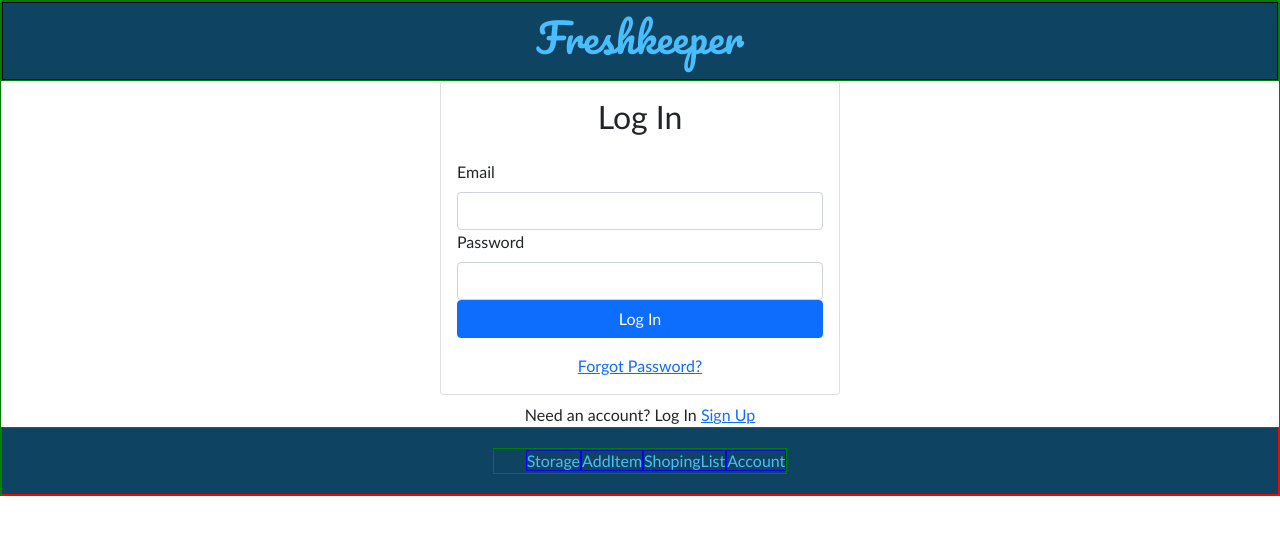
Repository: patrik-fredlund/freshkeeper-repo
Page: /
These files come from the project's save history. The page is drawn as it stood at one moment and after the next save; the edit follows.
The browser window is 1280 px wide. The pictures show the whole page.
The project was rebuilt for these pictures with package versions that can differ from the ones it lists, and the page was loaded fresh each time. Also part of the build but not shown: src/components/Signup.js, src/components/Account.js, src/components/ForgotPassword.js, src/components/UpdateProfile.js, src/components/Storage.js, src/components/Shopinglist.js, src/components/AddItem.js.

Above is the page before, as saved 2021-10-15 23:02:33.

### public/index.html
<!DOCTYPE html>
<html lang="en">

<head>
  <meta charset="utf-8" />
  <link rel="icon" href="%PUBLIC_URL%/favicon.ico" />
  <meta name="viewport" content="width=device-width, initial-scale=1" />
  <meta name="theme-color" content="#000000" />
  <meta name="description" content="Web site created using create-react-app" />
  <link rel="apple-touch-icon" href="%PUBLIC_URL%/logo192.png" />

  <link rel="manifest" href="%PUBLIC_URL%/manifest.json" />

  <title>Freshkeeper</title>
</head>

<body>
  <noscript>You need to enable JavaScript to run this app.</noscript>
  <div id="root"></div>

</body>

</html>

### src/index.js
import React from 'react';
import ReactDOM from 'react-dom';
import App from './components/App';
import 'bootstrap/dist/css/bootstrap.min.css';

ReactDOM.render(
  <React.StrictMode>
    <App />
  </React.StrictMode>,
  document.getElementById('root')
);

### src/components/App.js
import { Container } from 'react-bootstrap';
import '../App.css';
import Signup from './Signup';
import { AuthProvider } from '../context/AuthContext';
import { BrowserRouter as Router, Switch, Route } from 'react-router-dom';
import Account from './Account';
import Login from './Login';
import PrivateRoute from './PrivateRoute';
import ForgotPassword from './ForgotPassword';
import UpdateProfile from './UpdateProfile';
import Storage from './Storage';
import { AppWrap } from './appStyles';
import Header from './header/header';
import ShopingList from './Shopinglist';
import AddItem from './AddItem';
import Navbar from './navbar/Navbar';

function App() {
  return (
    <AppWrap>
      <Header />
      <Container
        className='d-flex align-items-center justify-content-center'
        // style={{ minHeight: '10vh' }}
      >
        <div className='w-100' style={{ maxWidth: '400px' }}>
          <Router>
            <AuthProvider>
              <Switch>
                <PrivateRoute exact path='/' component={Storage} />
                <PrivateRoute path='/additem' component={AddItem} />
                <PrivateRoute path='/shopinglist' component={ShopingList} />
                <PrivateRoute path='/account' component={Account} />
                <PrivateRoute
                  path='/update-profile'
                  component={UpdateProfile}
                />
                <Route path='/signup' component={Signup} />
                <Route path='/login' component={Login} />
                <Route path='/forgot-password' component={ForgotPassword} />
              </Switch>
            </AuthProvider>
          </Router>
        </div>
      </Container>
      <Navbar />
    </AppWrap>
  );
}

export default App;

### src/App.css
@import url('https://fonts.googleapis.com/css2?family=Pacifico&display=swap');

* {
  box-sizing: border-box;
  margin: 0;
  padding: 0;
  font-family: 'Gill Sans', 'Gill Sans MT', Calibri, 'Trebuchet MS', sans-serif;
}

.container {
  display: flex;
  flex-direction: column;
  justify-content: center;
  align-items: center;
}

.top_nav {
  display: flex;
  flex-direction: row;
  justify-content: center;
  align-items: center;
  padding: 14px 16px 14px 18px;

  position: absolute;
  width: 414px;
  height: 65px;
  left: 0px;
  top: 0px;

  background: #0e4462;
  border-radius: 4px;
}

.freshkeeper_header {
  position: static;

  font-family: 'Pacifico', cursive;

  font-weight: normal;
  font-size: 20px;

  display: flex;
  align-items: center;
  text-align: center;

  color: #49beff;

  /* Inside Auto Layout */

  flex: none;
  order: 0;
  flex-grow: 0;
  margin: 0px 10px;
}

### src/context/AuthContext.js
import React, { useContext, useState, useEffect } from 'react';
import { auth } from '../firebase';

const AuthContext = React.createContext();

export function useAuth() {
  return useContext(AuthContext);
}

export function AuthProvider({ children }) {
  const [currentUser, setCurrentUser] = useState();
  const [loading, setLoading] = useState(true);

  function signup(email, password) {
    return auth.createUserWithEmailAndPassword(email, password);
  }

  function login(email, password) {
    return auth.signInWithEmailAndPassword(email, password);
  }

  function logout() {
    return auth.signOut();
  }

  function resetPassword(email) {
    return auth.sendPasswordResetEmail(email);
  }

  function updateEmail(email) {
    return currentUser.updateEmail(email);
  }

  function updatePassword(password) {
    return currentUser.updatePassword(password);
  }

  useEffect(() => {
    const unsubscribe = auth.onAuthStateChanged((user) => {
      setCurrentUser(user);
      setLoading(false);
    });
    return unsubscribe;
  }, []);

  const value = {
    currentUser,
    login,
    signup,
    logout,
    resetPassword,
    updateEmail,
    updatePassword,
  };

  return (
    <AuthContext.Provider value={value}>
      {!loading && children}
    </AuthContext.Provider>
  );
}

### src/components/Login.js
import React, { useRef, useState } from 'react';
import { Form, Button, Card, Alert } from 'react-bootstrap';
import { useAuth } from '../context/AuthContext';
import { Link, useHistory } from 'react-router-dom';

export default function Login() {
  const emailRef = useRef();
  const passwordRef = useRef();
  const { login } = useAuth();
  const [error, setError] = useState('');
  const [loading, setLoading] = useState(false);
  const history = useHistory();

  async function handleSubmit(e) {
    e.preventDefault();

    try {
      setError('');
      setLoading(true);
      await login(emailRef.current.value, passwordRef.current.value);
      history.push('/');
    } catch {
      setError('Failed to Log In');
    }

    setLoading(false);
  }

  return (
    <>
      <Card>
        <Card.Body>
          <h2 className='text-center mb-4'>Log In</h2>

          {error && <Alert variant='danger'>{error}</Alert>}
          <Form onSubmit={handleSubmit}>
            <Form.Group id='email'>
              <Form.Label>Email</Form.Label>
              <Form.Control type='email' ref={emailRef} required />
            </Form.Group>
            <Form.Group id='password'>
              <Form.Label>Password</Form.Label>
              <Form.Control type='password' ref={passwordRef} required />
            </Form.Group>

            <Button disabled={loading} className='w-100' type='submit'>
              Log In
            </Button>
          </Form>
          <div className='w-100 text-center mt-3'>
            <Link to='/forgot-password'>Forgot Password?</Link>
          </div>
        </Card.Body>
      </Card>
      <div className='w-100 text-center mt-2'>
        Need an account? Log In <Link to='/signup'>Sign Up </Link>
      </div>
    </>
  );
}

### src/components/PrivateRoute.js
import React from 'react';
import { Route, Redirect } from 'react-router-dom';
import { useAuth } from '../context/AuthContext';

export default function PrivateRoute({ component: Component, ...rest }) {
  const { currentUser } = useAuth();

  return (
    <Route
      {...rest}
      render={(props) => {
        return currentUser ? (
          <Component {...props} />
        ) : (
          <Redirect to='/login' />
        );
      }}
    ></Route>
  );
}

### src/components/appStyles.js
import styled from 'styled-components';

export const AppWrap = styled.div`
  /* display: flex;
  flex-flow: column; */
  width: 100%;
  border: 1px solid green;
`;

### src/components/header/header.js
import React from 'react';
import GlobalStyle from '../globalStyles';
import { HeaderWrap } from './headerStyles';

function Header() {
  return (
    <HeaderWrap>
      <GlobalStyle />
      {/* <div className='top_nav'>
        <h2 className='freshkeeper_header'>Freshkeeper</h2>
      </div> */}
      <div className='headerContainer'>
        <h1>Freshkeeper</h1>
      </div>
    </HeaderWrap>
  );
}

export default Header;

### src/components/navbar/Navbar.js
import React from 'react';
import { AppWrap } from '../appStyles';
import { HeaderWrap } from '../header/headerStyles';
import { MenuList } from './MenuList';
import { NavbarStyles } from './navbarStyles';

const Navbar = () => {
  const menuList = MenuList.map(({ url, title, index }) => {
    return (
      <li key={index}>
        <a href={url}>{title}</a>
      </li>
    );
  });

  return (
    <NavbarStyles>
      <ul className='menu-list'>{menuList} </ul>
    </NavbarStyles>
  );
};

export default Navbar;

### src/firebase.js
import firebase from 'firebase/compat/app';
import 'firebase/compat/auth';

const app = firebase.initializeApp({
  apiKey: process.env.REACT_APP_FIREBASE_API_KEY,
  authDomain: process.env.REACT_APP_FIREBASE_AUTH_DOMAIN,
  projectId: process.env.REACT_APP_FIREBASE_PROJECT_ID,
  storageBucket: process.env.REACT_APP_FIREBASE_STORAGE_BUCKET,
  messagingSenderId: process.env.REACT_APP_FIREBASE_MESSAGE_SENDER_ID,
  appId: process.env.REACT_APP_FIREBASE_APP_ID,
});

export const auth = app.auth();
export default app;

### src/components/globalStyles.js
import { createGlobalStyle } from 'styled-components';

const GlobalStyle = createGlobalStyle`
@import url('https://fonts.googleapis.com/css2?family=Pacifico&display=swap');

  h1 {
     font-family: 'pacifico';
  }
`;

export default GlobalStyle;

### src/components/header/headerStyles.js
import styled from 'styled-components';

export const HeaderWrap = styled.div`
  width: 100%;
  border: 1px solid green;

  .headerContainer {
    border: 1px solid black;
    background-color: #0e4462;
    color: #49beff;
    padding: 10px 0;
    display: flex;
    align-items: center;
    justify-content: center;
  }
`;

### src/components/navbar/MenuList.js
export const MenuList = [
  {
    title: 'Storage',
    url: '/',
  },
  {
    title: 'AddItem',
    url: '/additem',
  },
  {
    title: 'ShopingList',
    url: '/shopinglist',
  },
  {
    title: 'Account',
    url: '/account',
  },
];

### src/components/navbar/navbarStyles.js
import styled from 'styled-components';

export const NavbarStyles = styled.div`
  border: 1px solid red;
  display: flex;
  /* max-width: 400px; */

  align-items: center;
  background-color: #0e4462;
  padding: 20px;
  position: relative;
  z-index: 99;
  margin: auto;

  .menu-list {
    margin: auto;
    display: flex;
    align-items: center;
    list-style-type: none;
    justify-content: space-between;
    border: 1px solid green;

    /* padding: 10px 10px; */
  }

  a {
    color: #49beff;
    justify-content: space-between;
    text-decoration: none;
    border: 1px solid blue;
    /* padding: 10px; */
  }
`;

After the next save:
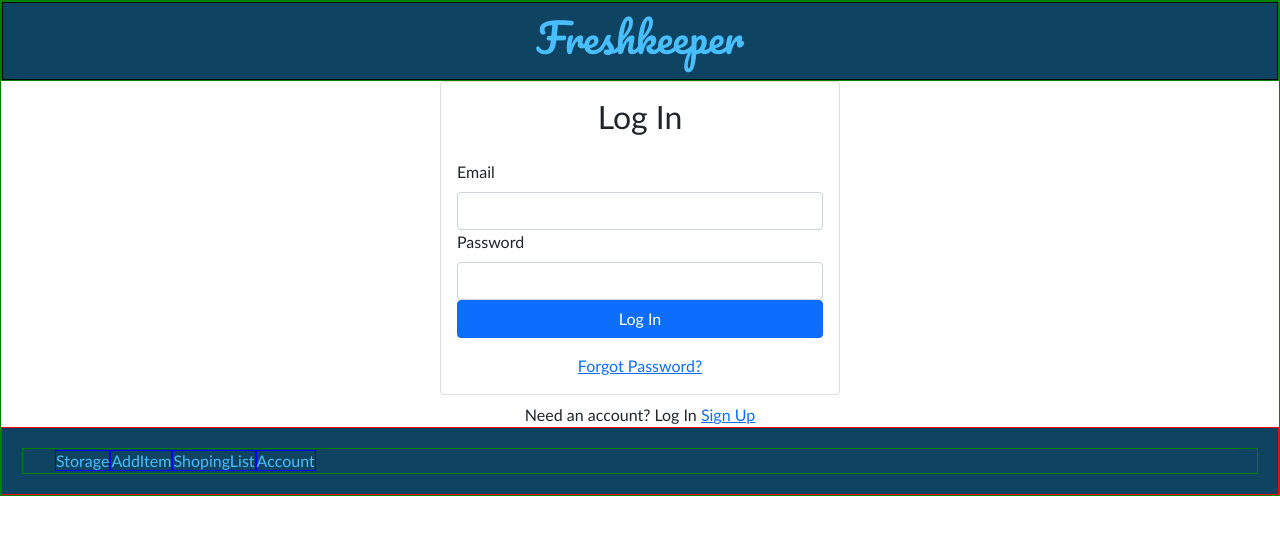
Saved 23 s later.
--- a/src/components/navbar/navbarStyles.js
+++ b/src/components/navbar/navbarStyles.js
@@ -17,7 +17,7 @@ export const NavbarStyles = styled.div`
     display: flex;
     align-items: center;
     list-style-type: none;
-    justify-content: space-between;
+    width: 100%;
     border: 1px solid green;
 
     /* padding: 10px 10px; */
@@ -25,7 +25,7 @@ export const NavbarStyles = styled.div`
 
   a {
     color: #49beff;
-    justify-content: space-between;
+
     text-decoration: none;
     border: 1px solid blue;
     /* padding: 10px; */
